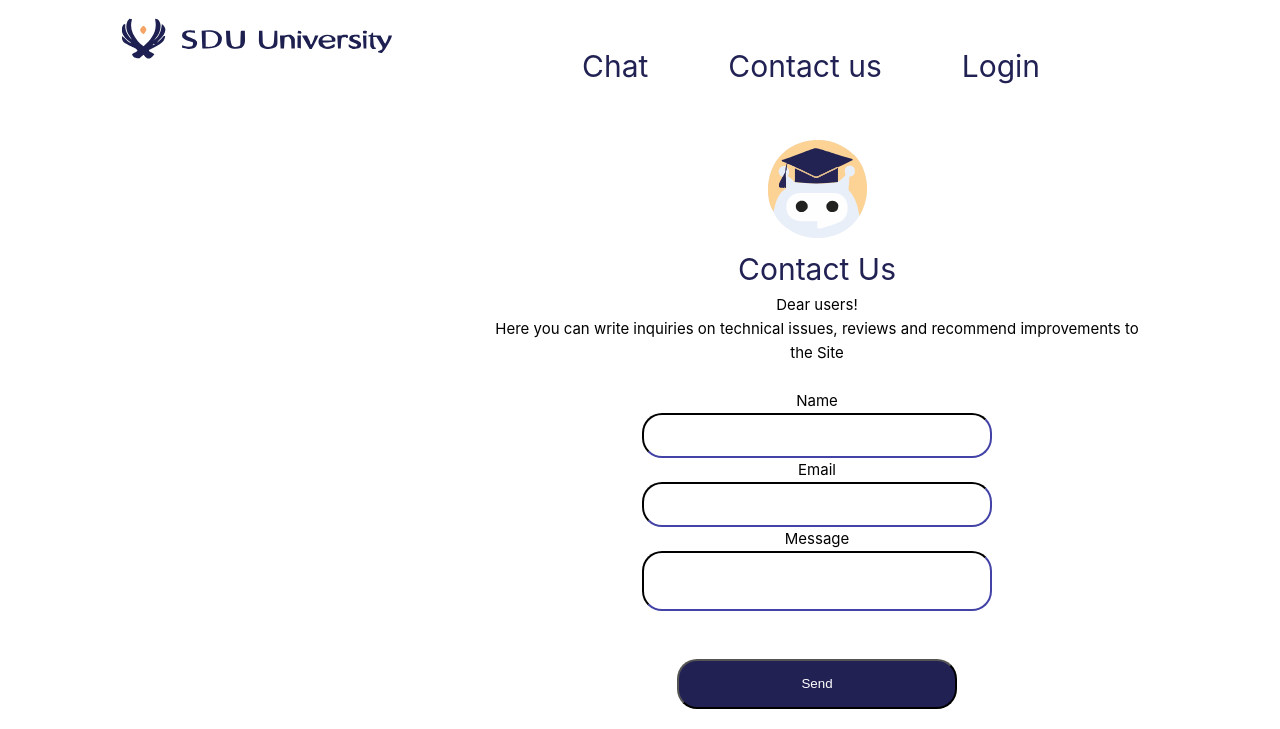
Repository: tolepbekova/Community_v.l
Page: /contact
An editor plug-in stored every save of this project. The page is shown before and after the next save, followed by the edit.
The browser window is 1280 px wide. The pictures show the whole page.
The project was rebuilt for these pictures with package versions that can differ from the ones it lists, and the page was loaded fresh each time. Also part of the build but not shown: vite.config.js, src/components/HelloWorld.vue, src/views/Login.vue. Imported but missing from the stored project, and not drawn on this page: src/views/Change.vue.

Above is the page before, as saved 2024-05-10 09:00:52.

After the next save:
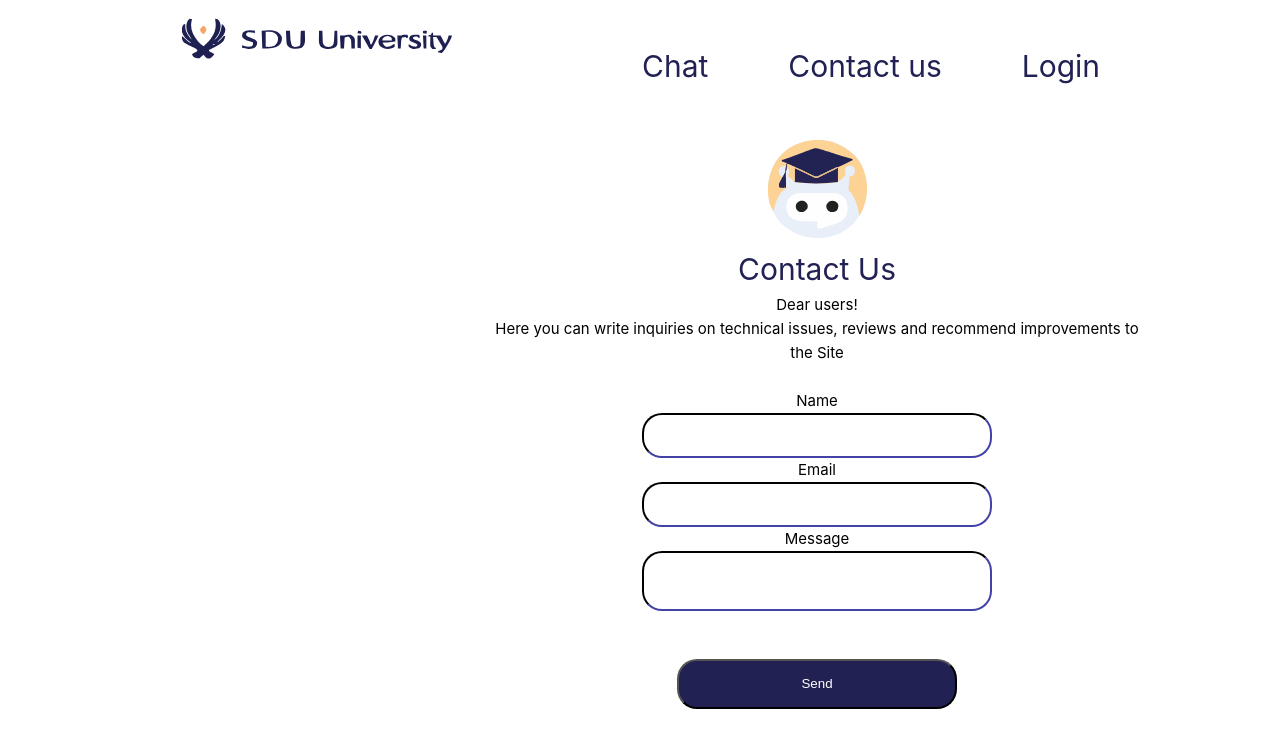
Saved 8 s later.
--- a/src/views/Contact.vue
+++ b/src/views/Contact.vue
@@ -85,7 +85,7 @@ h1 {
 .logo {
     width: 270px;
     height: 77px;
-    margin-left: 70px ;
+    margin-left: 130px ;
 }
 
 #navbar {
